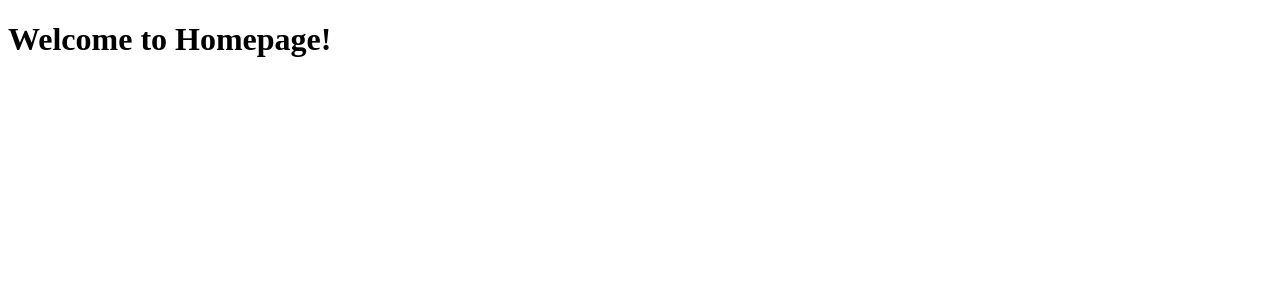
Repository: QuanTH02/JSP-Servlet-Tutorial
Page: http://localhost/jsp-servlet-tutorial-11-month/home
These files come from the project's save history. The page is drawn as it stood at one moment and after the next save; the edit follows.
The browser window is 1280 px wide. The pictures show the whole page.
The page is served by Tomcat 9. Other server files are loaded and not shown.

Above is the page before, as saved 2023-11-26 18:04:56.

### workspace/jsp-servlet-tutorial-11-month/src/main/webapp/views/web/home.jsp
<%@ page language="java" contentType="text/html; charset=ISO-8859-1"
    pageEncoding="ISO-8859-1"%>
<%@include file="/common/taglib.jsp" %>

<!DOCTYPE html>
<html>
<head>
<meta charset="ISO-8859-1">
<title>Home</title>
</head>
<body>
<h1>Welcome to Homepage!</h1>
<h3>${setFullName.fullName}</h3>
</body>
</html>

### workspace/jsp-servlet-tutorial-11-month/src/main/java/com/quan/controller/web/HomeController.java
package com.quan.controller.web;

import java.io.IOException;

import javax.servlet.RequestDispatcher;
import javax.servlet.ServletException;
import javax.servlet.annotation.WebServlet;
import javax.servlet.http.HttpServlet;
import javax.servlet.http.HttpServletRequest;
import javax.servlet.http.HttpServletResponse;

import com.quan.model.UserModel;

@WebServlet(urlPatterns = { "/home" })
public class HomeController extends HttpServlet {
	private static final long serialVersionUID = -7395492729802896364L;

	protected void doGet(HttpServletRequest request, HttpServletResponse response)
			throws ServletException, IOException {
		UserModel userModel = new UserModel();
		userModel.setFullName("Tran Hong Quan");
		request.setAttribute("fullNameUser", userModel);
		RequestDispatcher rd = request.getRequestDispatcher("/views/web/home.jsp");
		rd.forward(request, response);
	}

	protected void doPost(HttpServletRequest request, HttpServletResponse response)
			throws ServletException, IOException {

	}
}

### workspace/jsp-servlet-tutorial-11-month/src/main/java/com/quan/model/UserModel.java
package com.quan.model;

public class UserModel {
	private String userName;
	private String fullName;

	public String getUserName() {
		return userName;
	}
	public void setUserName(String userName) {
		this.userName = userName;
	}
	public String getFullName() {
		return fullName;
	}
	public void setFullName(String fullName) {
		this.fullName = fullName;
	}
}

Loaded but not shown: workspace/jsp-servlet-tutorial-11-month/src/main/webapp/common/taglib.jsp (common file)

After the next save:
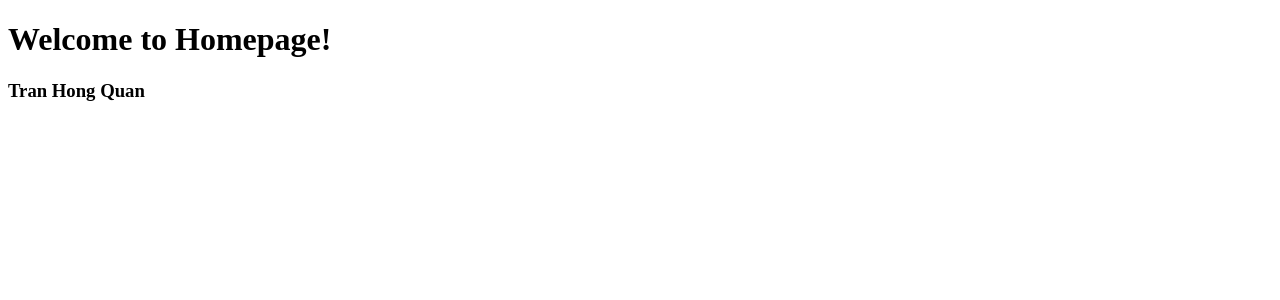
Saved 9 s later.
--- a/workspace/jsp-servlet-tutorial-11-month/src/main/webapp/views/web/home.jsp
+++ b/workspace/jsp-servlet-tutorial-11-month/src/main/webapp/views/web/home.jsp
@@ -10,6 +10,6 @@
 </head>
 <body>
 <h1>Welcome to Homepage!</h1>
-<h3>${setFullName.fullName}</h3>
+<h3>${fullNameUser.fullName}</h3>
 </body>
 </html>
